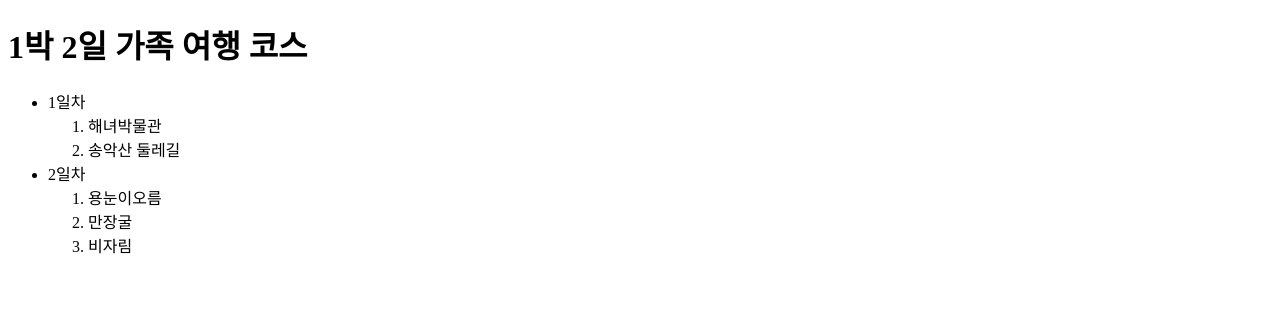
Repository: ygs3004/StudyHTML_CSS
Page: web project 01/src/main/webapp/chapter03/exam_ol_prob_01.html
The author's editor kept a copy of each file at every save. The page is drawn from the files as they stood at one save, then again after the next save.
The browser window is 1280 px wide. The pictures show the whole page.

Above is the page before, as saved 2022-08-04 06:48:12.

After the next save:
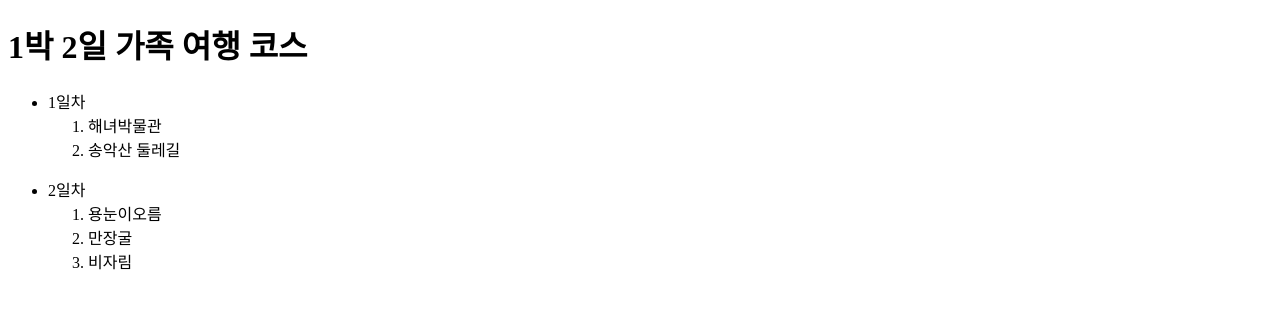
Saved 41 s later.
--- a/web project 01/src/main/webapp/chapter03/exam_ol_prob_01.html
+++ b/web project 01/src/main/webapp/chapter03/exam_ol_prob_01.html
@@ -12,6 +12,7 @@
 			<li>해녀박물관</li>
 			<li>송악산 둘레길</li>
 		</ol>
+		<p></p>
 		<li>2일차</li>
 		<ol>
 			<li>용눈이오름</li>

After the save that followed:
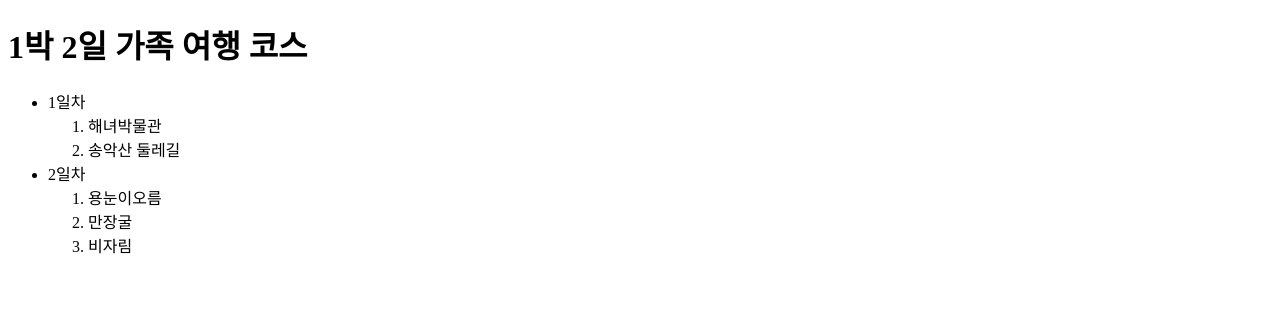
Saved 6 s later.
--- a/web project 01/src/main/webapp/chapter03/exam_ol_prob_01.html
+++ b/web project 01/src/main/webapp/chapter03/exam_ol_prob_01.html
@@ -12,7 +12,6 @@
 			<li>해녀박물관</li>
 			<li>송악산 둘레길</li>
 		</ol>
-		<p></p>
 		<li>2일차</li>
 		<ol>
 			<li>용눈이오름</li>
